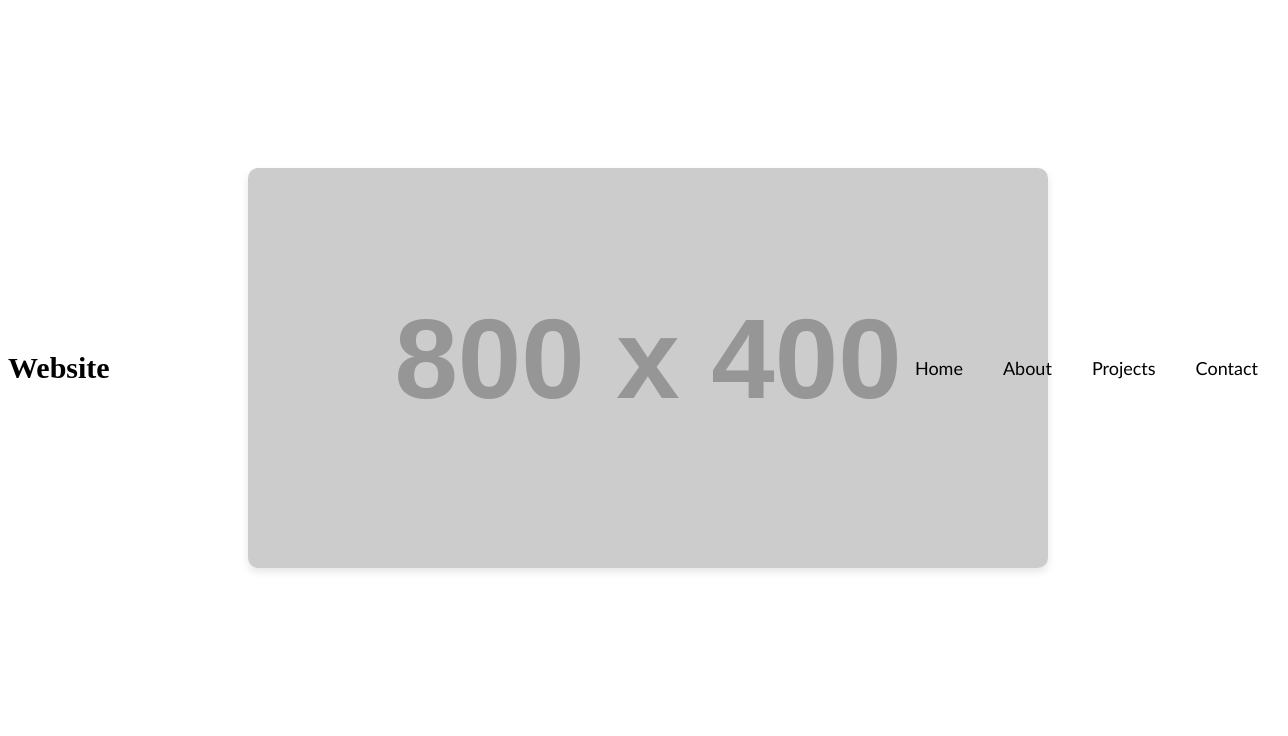
Repository: alishbah7/Choice1
Page: index.html
The author's editor kept a copy of each file at every save. The page is drawn from the files as they stood at one save, then again after the next save.
The browser window is 1280 px wide. The page is 1288 px wide, so the pictures cover 1288 px, including what lies to the right of the window. The pictures show the whole page.

Above is the page before, as saved 2024-11-23 20:44:07.

### index.html
<!DOCTYPE html>
<html lang="en">
<head>
    <meta charset="UTF-8">
    <meta name="viewport" content="width=device-width, initial-scale=1.0">
    <title>Navbar</title>

    <!--=== CSS ===-->
    <link rel="stylesheet" href="style.css">

    <!--=== BOXICONS ===-->
    <link href='https://unpkg.com/boxicons@2.1.4/css/boxicons.min.css' rel='stylesheet' />
</head>
<body>
    <!------------ header ------------>
    <header>
        <h1>Website</h1>

        <input type="checkbox" id="check" />
        <label for="check" class="icon">
            <i class="bx bx-menu" id="menu-icon"></i>
            <i class="bx bx-x" id="close-icon"></i>
        </label>

        <nav class="navbar">
            <a href="#" class="nav-item" style="--i: 1" data-aos="fade-down">Home</a>
            <a href="#" class="nav-item" style="--i: 2" data-aos="fade-down">About</a>
            <a href="#" class="nav-item" style="--i: 3" data-aos="fade-down">Projects</a>
            <a href="#" class="nav-item" style="--i: 4" data-aos="fade-down">Contact</a>
        </nav>
    </header>

    <!------------ home ------------>
    <div class="slider">
        <div class="slides">
          <!-- Radio Buttons for Manual Navigation -->
          <input type="radio" name="radio-btn" id="slide1" checked>
          <input type="radio" name="radio-btn" id="slide2">
          <input type="radio" name="radio-btn" id="slide3">
          <input type="radio" name="radio-btn" id="slide4">

          <!-- Slide Images -->
          <div class="slide first">
            <img src="https://via.placeholder.com/800x400?text=Slide+1" alt="Slide 1">
          </div>
          <div class="slide">
            <img src="https://via.placeholder.com/800x400?text=Slide+2" alt="Slide 2">
          </div>
          <div class="slide">
            <img src="https://via.placeholder.com/800x400?text=Slide+3" alt="Slide 3">
          </div>
          <div class="slide">
            <img src="https://via.placeholder.com/800x400?text=Slide+4" alt="Slide 4">
          </div>



        </div>
      </div>

</body>
</html>

### style.css
/* --==== HEADER ====-- */
body{
    display: flex;
    justify-content: center;
    align-items: center;
    height: 100vh;
    width: 100%;
    box-sizing: border-box;

}

header {
    color: white;
    position: fixed;
    width: 100%;
    height: 60px;
    display: flex;
    justify-content: space-between;
    align-items: center;
    padding: 0 10px;
    z-index: 5;
}
header h1{
    font-size: 30px;
    color: black;
}
.navbar{
    display: flex;
    padding: 0 30px;
    gap: 40px;
}
#circleIcon{
    font-size: 6px;
}
.nav-item {
    font-family: 'Gill Sans', 'Gill Sans MT', Calibri, 'Trebuchet MS', sans-serif;
    color: black;
    font-size: 18px;
    text-decoration: none;
    transition: all 0.5s ease;

}
.icon {
    position: absolute;
    right: 5%;
    font-size: 36.8px;
    color: black;
    cursor: pointer;
    display: none;
}

#check {
    display: none;
}
@media (max-width: 870px) {
    #circleIcon{
        display: none;
    }
    header{
        height: 40px;
    }
    header::before {
        position: absolute;
        content: "";
        inset: 0;
        width: 100%;
        backdrop-filter: blur(20px);
        z-index: -1;
    }

    header::after {
        position: absolute;
        content: "";
        top: 0;
        left: -100%;
        width: 100%;
        height: 100%;
        transition: 0.8s;
    }
    .icon {
        display: inline-flex;
    }
    #check:checked ~ .icon #menu-icon {
        display: none;
    }
    .icon #close-icon {
        display: none;
    }
    #check:checked ~ .icon #close-icon {
        display: block;
    }
    .navbar {
        padding: 0;
        display: block;
        position: absolute;
        top: 100%;
        left: 0;
        width: 100%;
        height: 0;
        background: black;
        backdrop-filter: blur(50px);
        box-shadow: 0 8px 16px rgba(0, 0, 0, 0.1);
        overflow: hidden;
        transition: all 0.3s ease;
    }
    #check:checked ~ .navbar {
        height: 256px;
    }
    .nav-item {
        color: white;
        display: block;
        font-size: 17.6px;
        margin: 32px 0;
        text-align: center;
        transform: translateY(-50px);
        opacity: 0;
        transition: all 0.3s ease;
    }
    .nav-item:hover::after {
        width: auto;
    }
    #check:checked ~ .navbar a {
        transform: translateY(0);
        opacity: 1;
        transition-delay: calc(0.15s * var(--i));
    }
}
@media screen and (max-width: 350px) {
    header h1{
      font-size: 20px;
    }
}



/* General Reset */
/* * {
    margin: 0;
    padding: 0;
    box-sizing: border-box;
  }

  body {
    display: flex;
    justify-content: center;
    align-items: center;
    height: 100vh;
    background: #f3f3f3;
    font-family: Arial, sans-serif;
  } */

  .slider {
    width: 800px;
    height: 400px;
    overflow: hidden;
    border-radius: 10px;
    position: relative;
    box-shadow: 0 4px 8px rgba(0, 0, 0, 0.1);
  }

  .slides {
    display: flex;
    width: 400%;
    height: 100%;
  }

  .slides input {
    display: none;
  }

  .slide {
    width: 100%;
    height: 100%;
    transition: transform 0.6s ease-in-out;
  }

  .slide img {
    width: 100%;
    height: 100%;
    object-fit: cover;
  }

  .navigation-manual {
    position: absolute;
    width: 100%;
    bottom: 10px;
    display: flex;
    justify-content: center;
    gap: 10px;
  }

  .manual-btn {
    border: 2px solid #fff;
    padding: 5px;
    border-radius: 50%;
    cursor: pointer;
    transition: background 0.3s;
  }

  .manual-btn:hover {
    background: #fff;
  }

  #slide1:checked ~ .first {
    transform: translateX(0);
  }

  #slide2:checked ~ .first {
    transform: translateX(-100%);
  }

  #slide3:checked ~ .first {
    transform: translateX(-200%);
  }

  #slide4:checked ~ .first {
    transform: translateX(-300%);
  }

  /* Automatic Navigation */
  .navigation-auto {
    position: absolute;
    display: flex;
    width: 100%;
    justify-content: center;
    top: 10px;
    gap: 10px;
  }

  .navigation-auto div {
    width: 10px;
    height: 10px;
    background: #fff;
    border-radius: 50%;
    animation: slide 16s infinite;
  }

  .navigation-auto .auto-btn1 {
    animation-delay: 0s;
  }

  .navigation-auto .auto-btn2 {
    animation-delay: 4s;
  }

  .navigation-auto .auto-btn3 {
    animation-delay: 8s;
  }

  .navigation-auto .auto-btn4 {
    animation-delay: 12s;
  }

  @keyframes slide {
    25% {
      background: #ff7e5f;
    }
    50% {
      background: #fff;
    }
  }

After the next save:
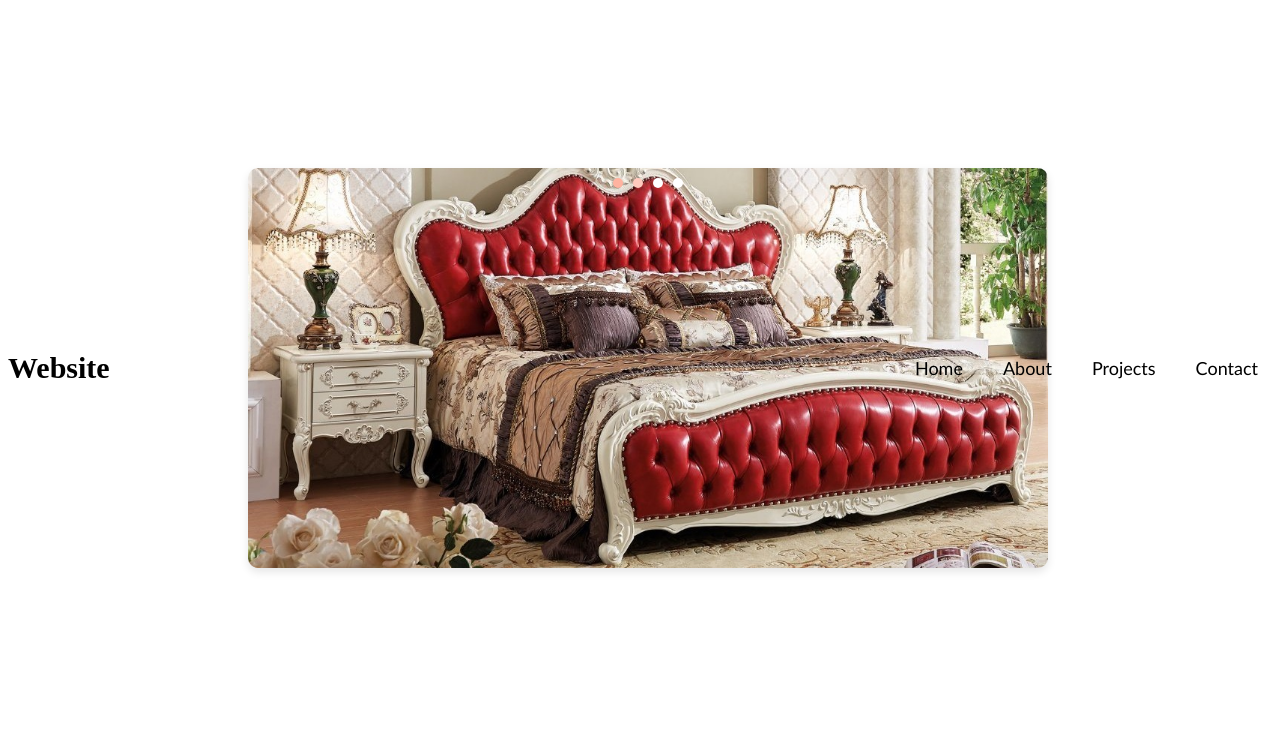
Saved 118 s later.
--- a/index.html
+++ b/index.html
@@ -41,7 +41,7 @@
 
           <!-- Slide Images -->
           <div class="slide first">
-            <img src="https://via.placeholder.com/800x400?text=Slide+1" alt="Slide 1">
+            <img src="Furniture1.jpg" alt="Slide 1">
           </div>
           <div class="slide">
             <img src="https://via.placeholder.com/800x400?text=Slide+2" alt="Slide 2">
@@ -53,7 +53,13 @@
             <img src="https://via.placeholder.com/800x400?text=Slide+4" alt="Slide 4">
           </div>
 
-
+          <!-- Automatic Navigation -->
+          <div class="navigation-auto">
+            <div class="auto-btn1"></div>
+            <div class="auto-btn2"></div>
+            <div class="auto-btn3"></div>
+            <div class="auto-btn4"></div>
+          </div>
 
         </div>
       </div>
